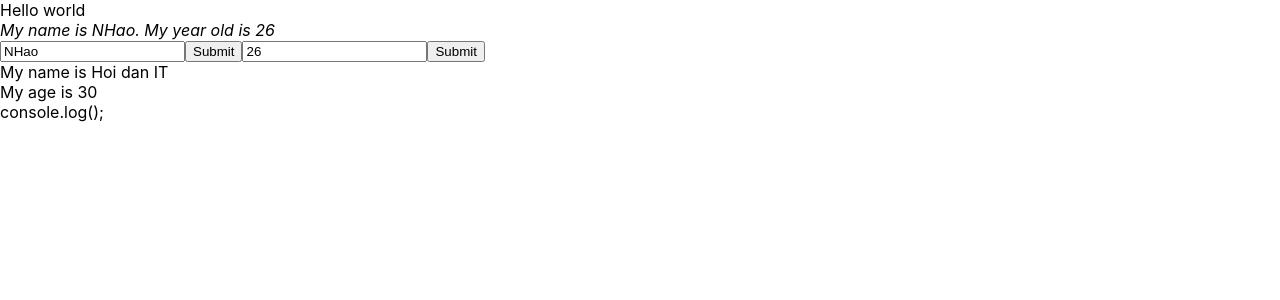
Repository: haonguyen09/reactProject
Page: /
An editor plug-in stored every save of this project. The page is shown before and after the next save, followed by the edit.
The browser window is 1280 px wide. The pictures show the whole page.
The project was rebuilt for these pictures with package versions that can differ from the ones it lists, and the page was loaded fresh each time.

Above is the page before, as saved 2023-08-01 13:17:01.

### src/App.js
import logo from './logo.svg';
import './App.css';
import { useDispatch, useSelector } from 'react-redux';
import { increaseCounter, decreaseCounter } from './redux/action/counterAction';
import MyComponent from './components/MyComponent';
import React from "react";


class App extends React.Component {

  render() {
    return (
      <div>
      Hello world
      <MyComponent></MyComponent>
    </div>
    )
  }
}




// const App = () => {
//   const count = useSelector(state => state.counter.count);
//   const dispatch = useDispatch();

//   return (

//     <div className="App">
//       <header className="App-header">
//         <img src={logo} className="App-logo" alt="logo" />
//         <p>
//           Hello world
//         </p>
//         <div>Count = {count}</div>
//         <button onClick={() => dispatch(increaseCounter())}>Increase</button>
//         <button onClick={() => dispatch(decreaseCounter())}>Decrease</button>
//       </header>
//     </div>
//   );
// }

export default App;

### src/components/MyComponent.js
import React from 'react';
import Info from './Info';
import MyInfo from './MyInfo';

class MyComponent extends React.Component {
    // JSX



    render() {
        return (
            <div>
                <Info />
                <MyInfo name=" Hoi dan IT" age="30"/>
            </div>
            );
    };

    }



export default MyComponent;

### src/components/Info.js
import React from 'react';


class Info extends React.Component {
    state = {
        name: "NHao",
        address: "Hoi dan IT",
        age: 26
    };


    handleChange = (event) => {
        this.setState({
            name: event.target.value
        })
    }

    handleChangeAge = (event) => {
        this.setState({
            age: event.target.value
        })
    }

    handOnSubmit = (event) => {
        event.preventDefault();
    }

    render() {
        return (

            <div>
                <em>
                    My name is {this.state.name}.
                    My year old is {this.state.age}
                </em>
                <form onSubmit={(event) => this.handOnSubmit(event)}>
                    <input value= {this.state.name} type="text" onChange = {(event) => {this.handleChange(event)}} />
                    <button>Submit</button>

                    <input value= {this.state.age} type="text" onChange = {(event) => {this.handleChangeAge(event)}} />
                    <button>Submit</button>
                </form>

            </div>

        )
    }
}


export default Info;

### src/components/MyInfo.js
import React from 'react';

class MyInfo extends React.Component {
    render() {
        const { age, name } = this.props;
        const arr = [1,2,3,4];
        const obj = {
                    a: 12,
                    n: "nj"
        }
        const { e, g } = obj;
        const { x, a } = arr;
        return (

            <div>
                <div>My name is {name}</div>
                <div>My age is {age }</div>

                console.log({e, g});
            </div>
        )
    }
}

export default MyInfo

Loaded but not shown: public/index.html (common file); src/index.js (common file); src/reportWebVitals.js (common file); src/redux/store.js (common file); src/App.css (common file); src/redux/action/counterAction.js (common file); src/redux/reducer/rootReducer.js (common file); src/redux/reducer/counterReducer.js (common file)

After the next save:
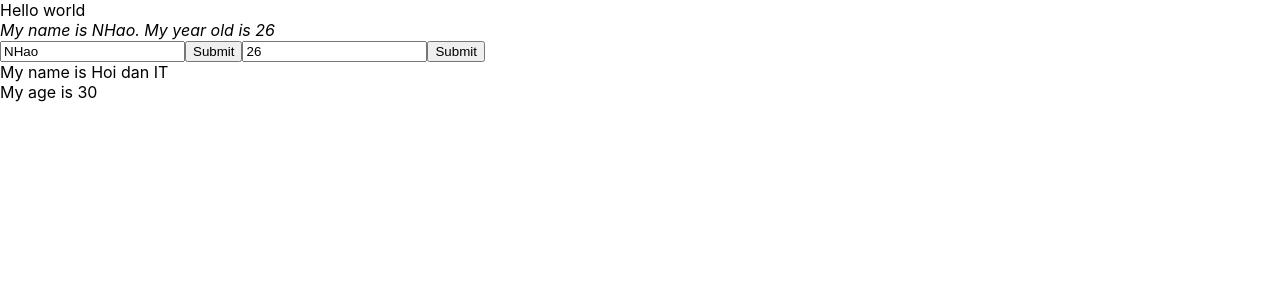
Saved 20 s later.
--- a/src/components/MyInfo.js
+++ b/src/components/MyInfo.js
@@ -10,13 +10,14 @@ class MyInfo extends React.Component {
         }
         const { e, g } = obj;
         const { x, a } = arr;
+        console.log({e, g});
         return (
 
             <div>
                 <div>My name is {name}</div>
                 <div>My age is {age }</div>
 
-                console.log({e, g});
+
             </div>
         )
     }
